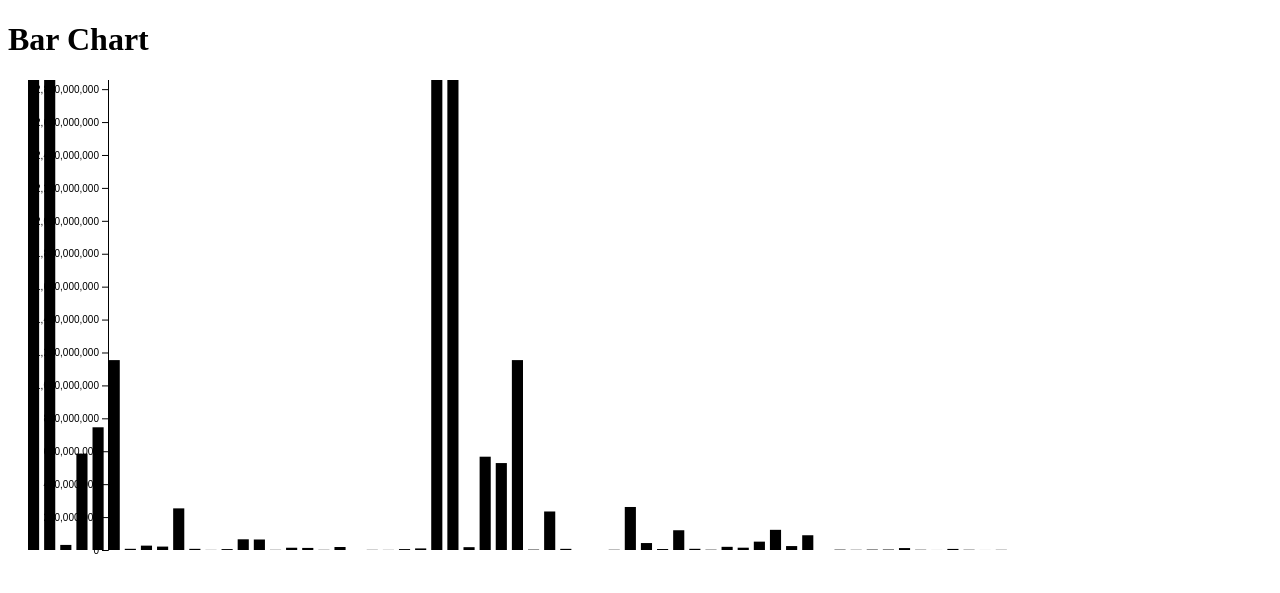
Repository: komalharjani/d3js-visualisation
Page: index.html
These files come from the project's save history. The page is drawn as it stood at one moment and after the next save; the edit follows.
The browser window is 1280 px wide. The pictures show the whole page.

Above is the page before, as saved 2020-04-29 18:46:56.

### index.html
<!DOCTYPE html>
<html lang="en">
<head>
    <meta charset="UTF-8">
    <meta name="viewport" content="width=device-width, initial-scale=1.0">
    <title>Information Visualisation Practical 3</title>
</head>
<body>
    <div id="barChart"></div>
    <h1>Bar Chart</h1>

</body>
<script src="https://d3js.org/d3.v5.min.js"></script>
<script src="index.js"></script>
</html>

### index.js

let dataPath = "data/energy.csv";
d3.csv(dataPath)
        .then(function (data) {

                let finals = [];

                //Filter Data into new object
                for (let i = 0; i < data.length; i++) {
                        if (data[i].region == "Combined" && data[i].year == 1990) {
                                finals.push({
                                        amount: parseInt(data[i].amount),
                                        type: data[i].type,
                                })
                        }
                }
                console.log(finals);

                let width = 1000;
                let height = 500;
                let margin = {
                        top: 20,
                        right: 20,
                        bottom: 20,
                        left: 50
                };
                let barwidth = (width / finals.length);

                //Append to HTML Document
                let svg = d3.select("body")
                        .append("svg")
                        .attr("height", height)
                        .attr("width", width);

                //Scales
                let xscale = d3.scaleLinear()
                        .domain([0, d3.max(finals, d => d.amount)])
                        .range([0, width]);

                let yscale = d3.scaleLinear()
                        .domain([0, d3.max(finals, d => d.amount)])
                        .range([height, 0]);

                //text scales
                let yscales = d3.scaleBand()
                .domain(data.map(d => d.type))
                .range(0, width);

                //Axis

                let y_axis = d3.axisLeft()
                        .scale(yscale);

                svg.append("g")
                        .attr("transform", "translate(100,-30)")
                        .call(y_axis)


                //X Axis
                // let x_axis = d3.axisBottom()
                //         .scale(xscale);
                // let xAxisTranslate = height - 30;

                // svg.append("g")
                //         .attr("transform", "translate(100,30)")
                //         .call(yscales)

                //Barchart
                svg.selectAll("body") //add rectangles to all data
                        .data(finals) //provide finals as dataset
                        .enter()
                        .append("rect")
                        .attr("y", function (d) {
                                return height - xscale(d.amount);
                        })
                        .attr("height", function (d) {
                                return xscale(d.amount);
                        })
                        .attr("width", barwidth - 5)
                        .attr("transform", function (d, i) {
                                let translate = [margin.right + barwidth * i,-30];
                                return "translate(" + translate + ")";
                        })
                        .attr("fill", 'black');

                // Barchart Text
                // let text = svg.selectAll("text")
                //         .data(finals)
                //         .enter()
                //         .append("text")
                //         .text(function (d) {
                //                 return d.amount;
                //         })
                //         .attr("y", function (d, i) {
                //                 return height - xscale(d.amount) - 2;
                //         })
                //         .attr("x", function (d, i) {
                //                 return barwidth * i - 30;
                //         })

        });

After the next save:
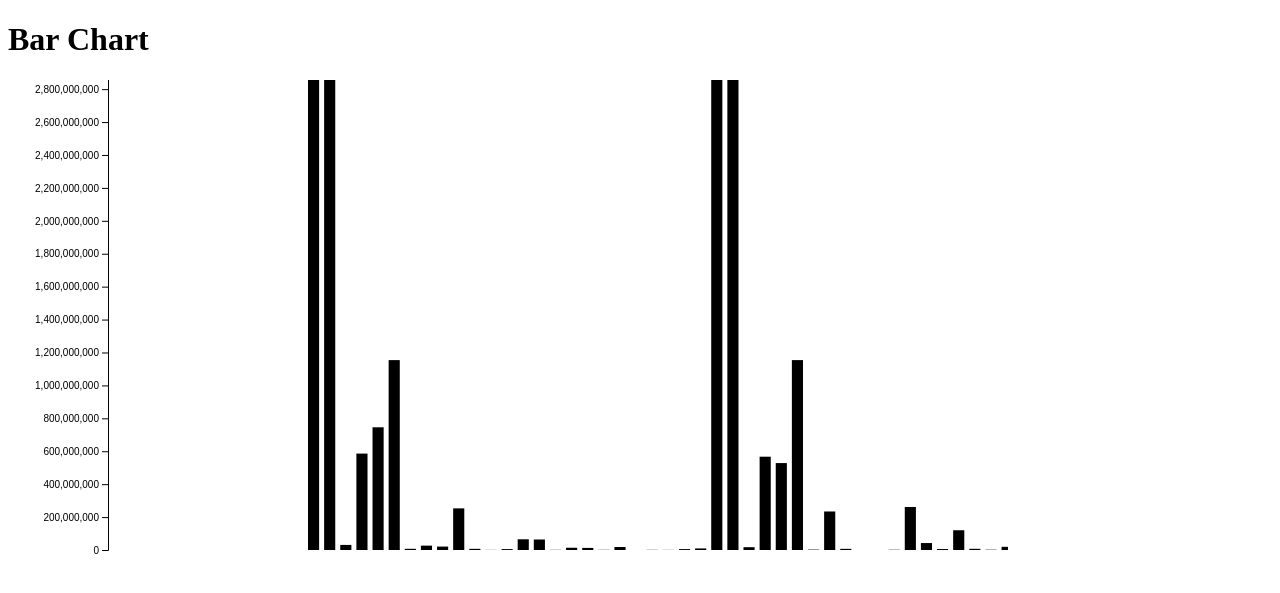
Saved 6 s later.
--- a/index.js
+++ b/index.js
@@ -78,7 +78,7 @@ d3.csv(dataPath)
                         })
                         .attr("width", barwidth - 5)
                         .attr("transform", function (d, i) {
-                                let translate = [margin.right + barwidth * i,-30];
+                                let translate = [300 + barwidth * i,-30];
                                 return "translate(" + translate + ")";
                         })
                         .attr("fill", 'black');
